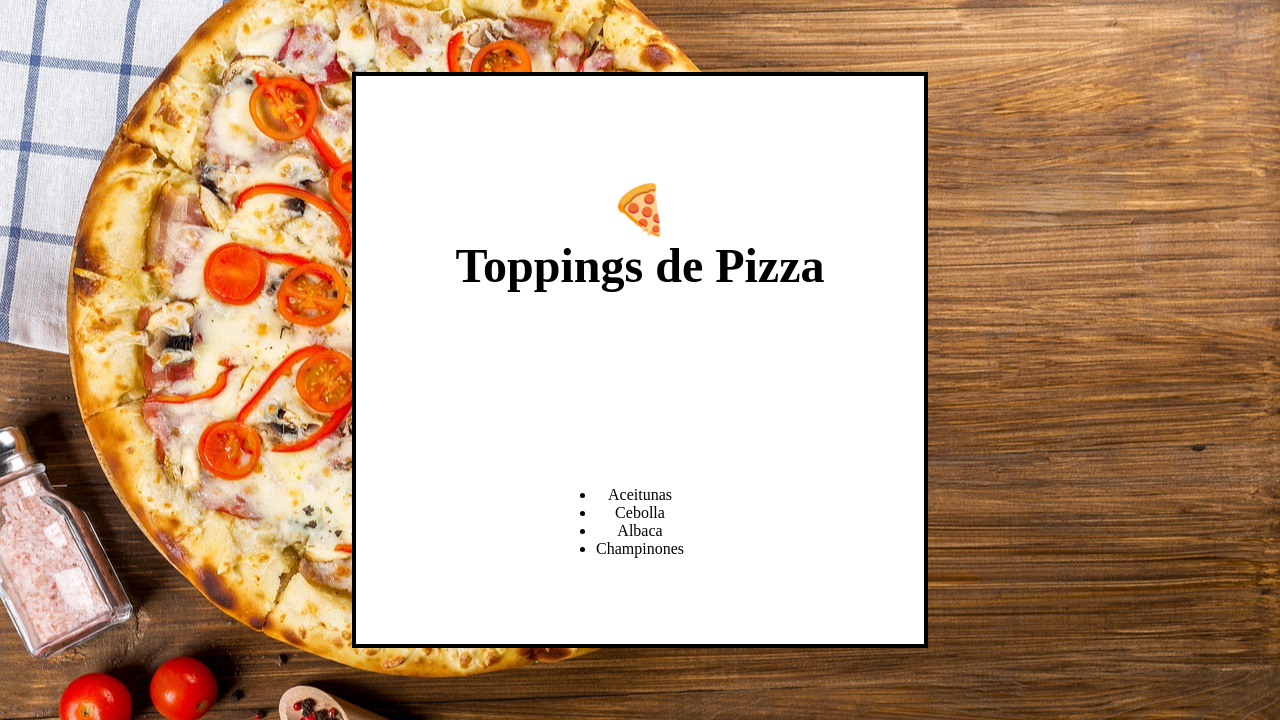
Repository: JoyMoGas/javascript-learn
Page: toppings-de-pizza/index.html
The author's editor kept a copy of each file at every save. The page is drawn from the files as they stood at one save, then again after the next save.
The browser window is 1280 px wide. The pictures show the whole page.

Above is the page before, as saved 2024-05-07 16:25:11.

After the next save:
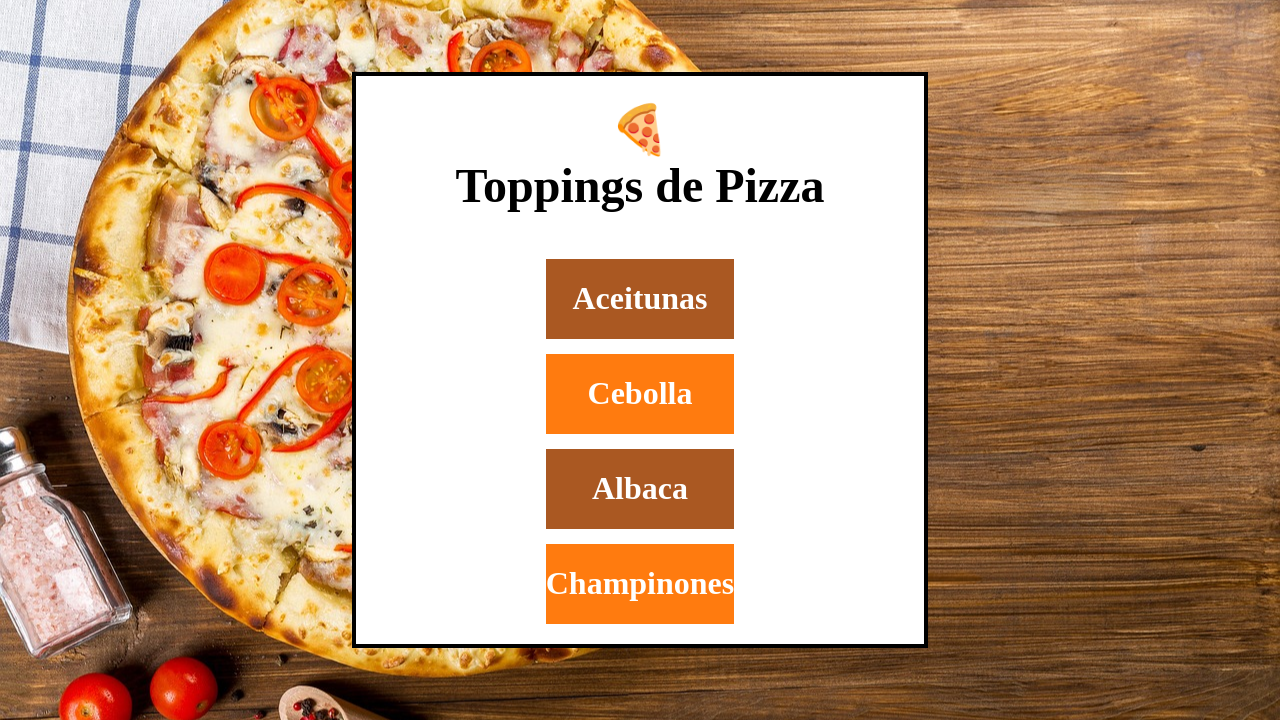
Saved 23 min 18 s later.
--- a/toppings-de-pizza/styles.css
+++ b/toppings-de-pizza/styles.css
@@ -35,3 +35,24 @@
   width: 100%;
   margin: 20px 10px;
 }
+
+.topping {
+  font-size: 2rem;
+  font-weight: bold;
+  color: white;
+  display: flex;
+  flex-wrap: wrap;
+  justify-content: center;
+  align-items: center;
+  width: 100%;
+  height: 80px;
+  margin: 15px 0;
+}
+
+.fondo-marron {
+  background-color: #aa5822;
+}
+
+.fondo-naranja {
+  background-color: #ff7b0f;
+}
